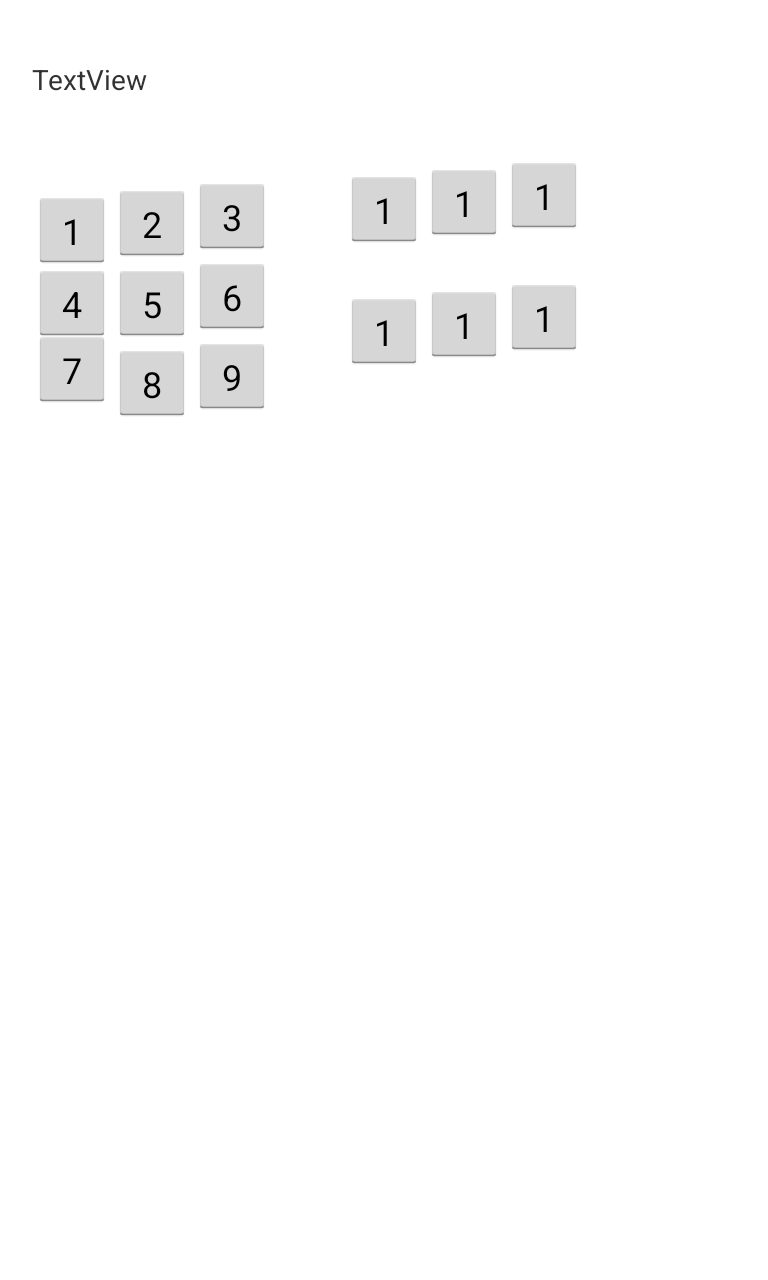
Repository: khushboop-optimus/Android-Assignment
Layout: calculator/res/layout/activity_main.xml
An editor plug-in stored every save of this project. The layout is shown before and after the next save, followed by the edit.
It is drawn on a 768 x 1280 px phone screen (xhdpi) without system bars, with theme AppTheme; the app's code is not run.

Above is the layout before, as saved 2013-09-13 04:26:05.

### calculator/res/layout/activity_main.xml
<RelativeLayout xmlns:android="http://schemas.android.com/apk/res/android"
    xmlns:tools="http://schemas.android.com/tools"
    android:layout_width="match_parent"
    android:layout_height="match_parent"
    android:paddingBottom="@dimen/activity_vertical_margin"
    android:paddingLeft="@dimen/activity_horizontal_margin"
    android:paddingRight="@dimen/activity_horizontal_margin"
    android:paddingTop="@dimen/activity_vertical_margin"
    tools:context=".MainActivity" >


            <Button
                android:id="@+id/2"
                android:layout_width="40dp"
                android:layout_height="40dp"
                android:layout_alignBaseline="@+id/1"
                android:layout_alignBottom="@+id/1"
                android:layout_toRightOf="@+id/1"
                android:text="2" />

            <Button
                android:id="@+id/4"
                android:layout_width="40dp"
                android:layout_height="40dp"
                android:layout_below="@+id/2"
                android:layout_toLeftOf="@+id/2"
                android:text="4" />

            <Button
                android:id="@+id/5"
                android:layout_width="40dp"
                android:layout_height="40dp"
                android:layout_below="@+id/2"
                android:layout_toRightOf="@+id/1"
                android:text="5" />

            <TextView
                android:id="@+id/textView1"
                android:layout_width="500dp"
                android:layout_height="40dp"
                android:layout_alignParentTop="true"
                android:layout_marginTop="14dp"
                android:text="TextView" />

            <Button
                android:id="@+id/1"
                android:layout_width="40dp"
                android:layout_height="40dp"
                android:layout_alignLeft="@+id/textView1"
                android:layout_below="@+id/textView1"
                android:layout_marginTop="25dp"
                android:text="1" />

            <Button
                android:id="@+id/Button01"
                android:layout_width="40dp"
                android:layout_height="40dp"
                android:layout_alignBaseline="@+id/3"
                android:layout_alignBottom="@+id/3"
                android:layout_centerHorizontal="true"
                android:text="1" />

            <Button
                android:id="@+id/Button02"
                android:layout_width="40dp"
                android:layout_height="40dp"
                android:layout_alignBaseline="@+id/Button01"
                android:layout_alignBottom="@+id/Button01"
                android:layout_toRightOf="@+id/Button01"
                android:text="1" />

            <Button
                android:id="@+id/Button03"
                android:layout_width="40dp"
                android:layout_height="40dp"
                android:layout_alignBaseline="@+id/Button02"
                android:layout_alignBottom="@+id/Button02"
                android:layout_toRightOf="@+id/Button02"
                android:text="1" />

            <Button
                android:id="@+id/Button04"
                android:layout_width="40dp"
                android:layout_height="40dp"
                android:layout_alignBottom="@+id/7"
                android:layout_marginBottom="19dp"
                android:layout_toLeftOf="@+id/Button02"
                android:text="1" />

            <Button
                android:id="@+id/Button05"
                android:layout_width="40dp"
                android:layout_height="40dp"
                android:layout_alignBaseline="@+id/Button04"
                android:layout_alignBottom="@+id/Button04"
                android:layout_toLeftOf="@+id/Button03"
                android:text="1" />

            <Button
                android:id="@+id/Button06"
                android:layout_width="40dp"
                android:layout_height="40dp"
                android:layout_alignBaseline="@+id/Button05"
                android:layout_alignBottom="@+id/Button05"
                android:layout_alignLeft="@+id/Button03"
                android:text="1" />

            <Button
                android:id="@+id/7"
                android:layout_width="40dp"
                android:layout_height="40dp"
                android:layout_alignBaseline="@+id/9"
                android:layout_alignBottom="@+id/9"
                android:layout_alignParentLeft="true"
                android:text="7" />

            <Button
                android:id="@+id/9"
                android:layout_width="40dp"
                android:layout_height="40dp"
                android:layout_alignBaseline="@+id/8"
                android:layout_alignBottom="@+id/8"
                android:layout_toRightOf="@+id/5"
                android:text="9" />

            <Button
                android:id="@+id/8"
                android:layout_width="40dp"
                android:layout_height="40dp"
                android:layout_below="@+id/5"
                android:layout_toLeftOf="@+id/9"
                android:text="8" />

            <Button
                android:id="@+id/3"
                android:layout_width="40dp"
                android:layout_height="40dp"
                android:layout_alignBaseline="@+id/2"
                android:layout_alignBottom="@+id/2"
                android:layout_toRightOf="@+id/2"
                android:text="3" />

            <Button
                android:id="@+id/6"
                android:layout_width="40dp"
                android:layout_height="40dp"
                android:layout_above="@+id/9"
                android:layout_toRightOf="@+id/5"
                android:text="6" />

</RelativeLayout>

Loaded but not shown: calculator/res/values/styles.xml (common file); calculator/res/values-v11/styles.xml (common file); calculator/res/values-v14/styles.xml (common file); calculator/res/values/dimens.xml (common file)

After the next save:
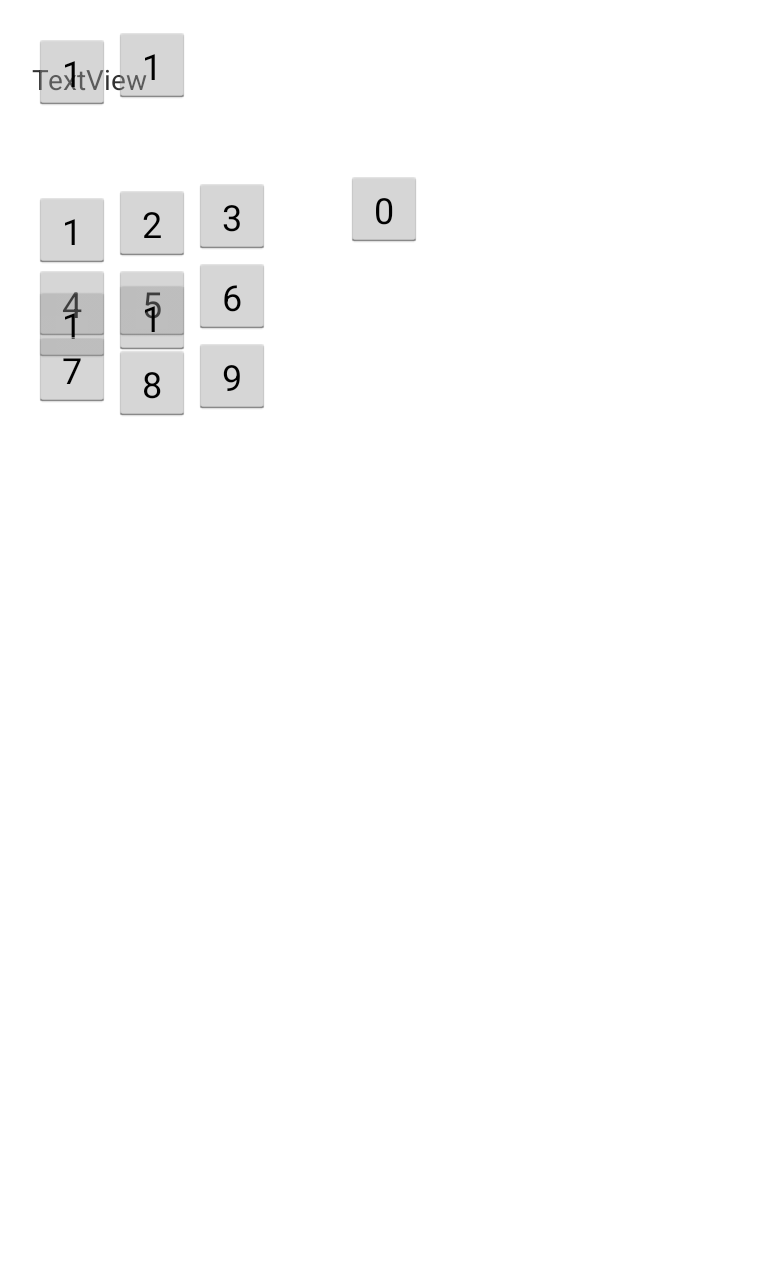
Saved 25 s later.
--- a/calculator/res/layout/activity_main.xml
+++ b/calculator/res/layout/activity_main.xml
@@ -52,13 +52,13 @@
                 android:text="1" />
 
             <Button
-                android:id="@+id/Button01"
+                android:id="@+id/0"
                 android:layout_width="40dp"
                 android:layout_height="40dp"
                 android:layout_alignBaseline="@+id/3"
                 android:layout_alignBottom="@+id/3"
                 android:layout_centerHorizontal="true"
-                android:text="1" />
+                android:text="0" />
 
             <Button
                 android:id="@+id/Button02"

After the save that followed:
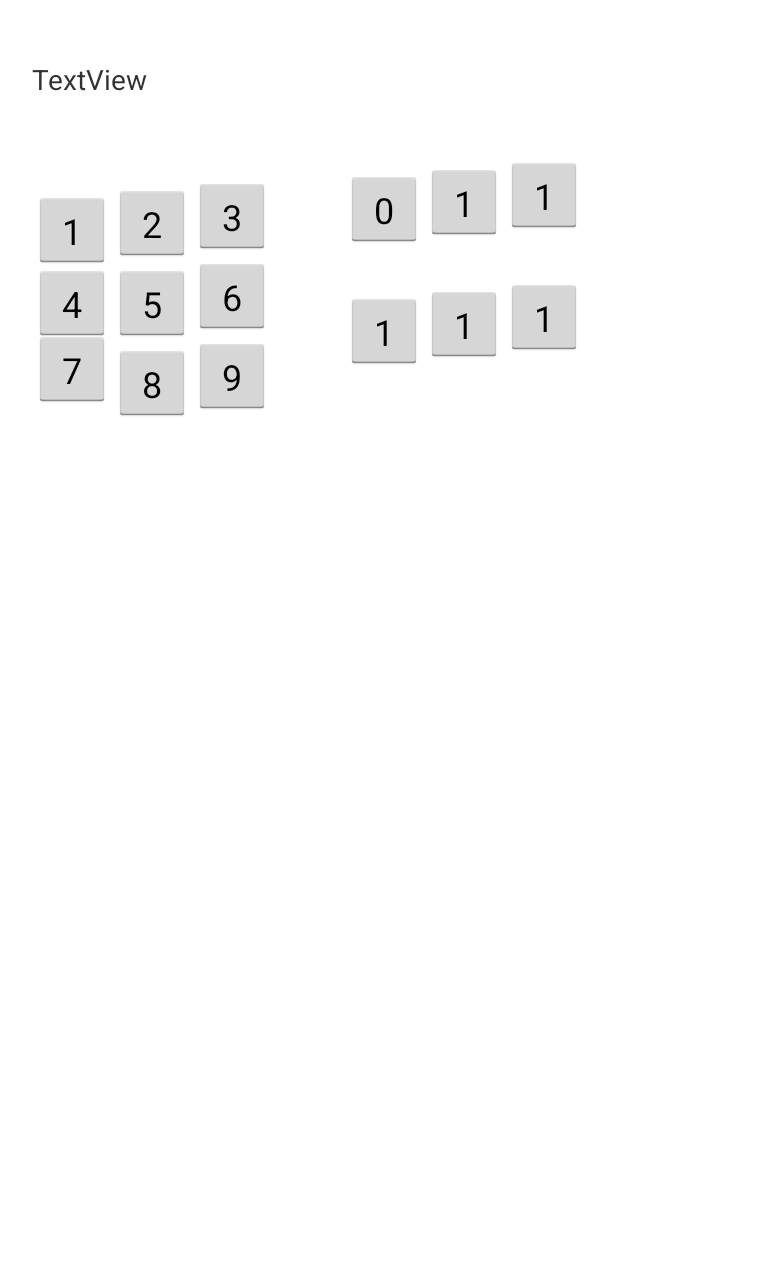
Saved 19 s later.
--- a/calculator/res/layout/activity_main.xml
+++ b/calculator/res/layout/activity_main.xml
@@ -52,7 +52,7 @@
                 android:text="1" />
 
             <Button
-                android:id="@+id/0"
+                android:id="@+id/Button01"
                 android:layout_width="40dp"
                 android:layout_height="40dp"
                 android:layout_alignBaseline="@+id/3"
